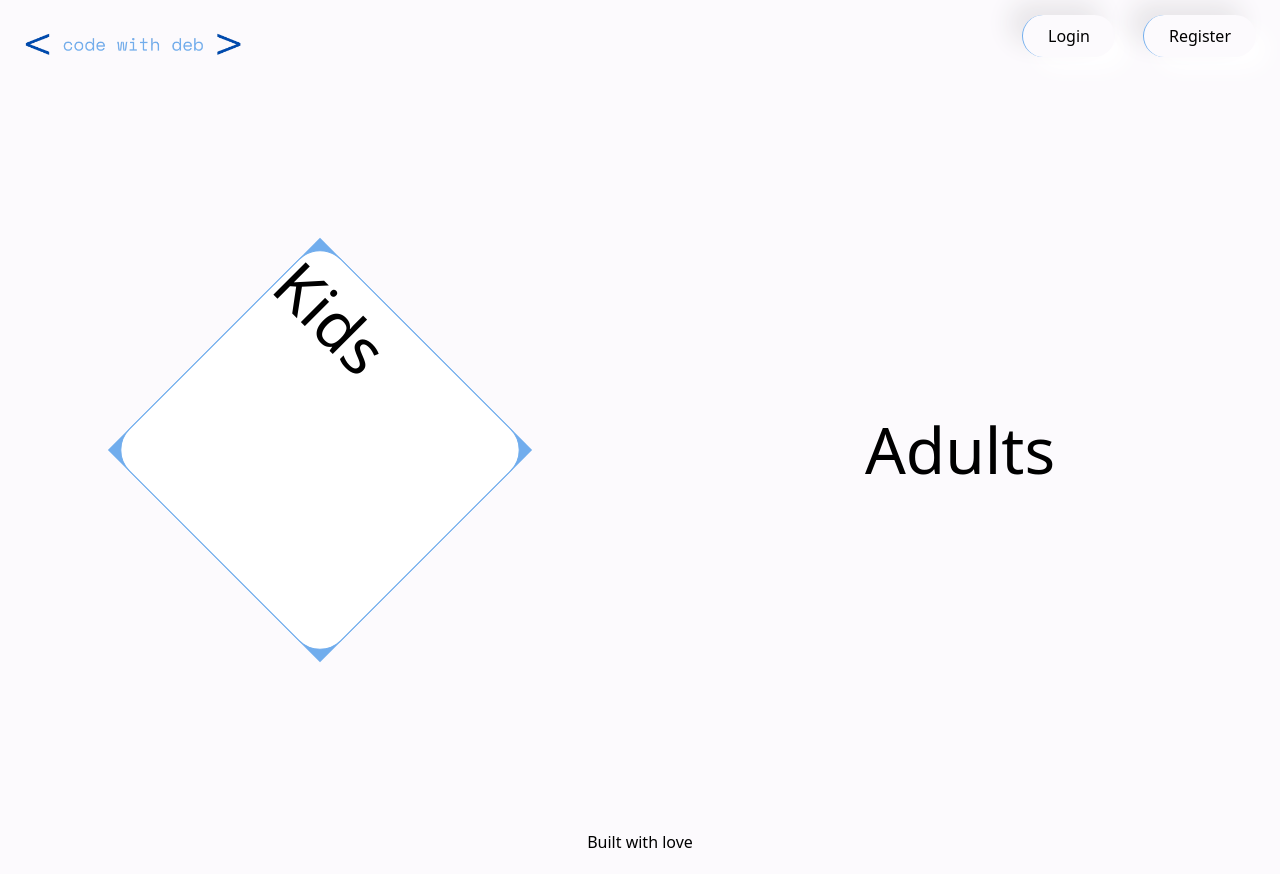
Repository: latenightsnacc/codewithdeb
Page: index.html
The author's editor kept a copy of each file at every save. The page is drawn from the files as they stood at one save, then again after the next save.
The browser window is 1280 px wide. The pictures show the whole page.
The style sheet was rebuilt from its Sass, Less or Tailwind sources for each picture, by a compiler version that may differ from the author's.

Above is the page before, as saved 2020-11-25 16:58:50.

### index.html
<!DOCTYPE html>
<html lang="en">
<head>
    <meta charset="UTF-8">
    <meta name="viewport" content="width=device-width, initial-scale=1.0">
    <!--Tailwind CDN-->
    <link rel="stylesheet" href="https://cdnjs.cloudflare.com/ajax/libs/tailwindcss/1.9.6/base.min.css" integrity="sha512-hEjkvMSM0ql6VJcNK0gTmjt9ar8F2yHeBUbJKtyvQhkkbGMhiJ4+MaiB8XxsthLAHJx5vy2I9dN0un8HiWG2LA==" crossorigin="anonymous" />
    <link rel="stylesheet" href="https://cdnjs.cloudflare.com/ajax/libs/tailwindcss/1.9.6/components.min.css" integrity="sha512-TizAONqhvXjEfRPhptSUkZNVU497PzAnXNGNUoeOjeni4dHpJ+ak+ZsyoGna20LH/yg1PvdufN1VbnVQeVDftg==" crossorigin="anonymous" />
    <link rel="stylesheet" href="https://cdnjs.cloudflare.com/ajax/libs/tailwindcss/1.9.6/tailwind.css" integrity="sha512-HY1FOTeAX9idUBWDhVDrBg8QUHBisKVQ4BCVj1jFo5z76mk87w4Rr5YGP8nBkcGmoMzqYvdeXHMOg/olF45z3g==" crossorigin="anonymous" />
    <link rel="stylesheet" href="https://cdnjs.cloudflare.com/ajax/libs/tailwindcss/1.9.6/utilities.min.css" integrity="sha512-0QJfuLKyYJWGB5hKArJW67xqMLDlR8YaLM/ZuW2mRn4NRwHNsGm7UuREc5Fu7jONHyewPKnGODY0N8G+FQbfxg==" crossorigin="anonymous" />
    <link rel="stylesheet" href="styling/stylesheet.css">
    <title>Welcome to Code with Deb</title>
</head>
<body class="overflow-x-hidden light-bg">
    <!--Header-->
    <nav class="container">
        <div class="nav  w-full flex flex-row justify-between p-5">
            <!--Logo-->
            <a href="index.html" class="logo">
                <img src="assets/logo/codewithdebSm.png" alt="code with deb logo">
            </a>
            <ul class="menu flex flex-row">
                <li class="nav-item m-1">
                    <a href="login.html" class="nav-link">Login</a>
                </li>
                <li class="nav-item m-1">
                    <a href="login.html" class="nav-link">Register</a>
                </li>
            </ul>
        </div>
    </nav>
    <!--End of Header-->

     <!--Content-->
    <main class="wrapper">
        <div class="container ">
            <div class="flex flex-row w-screen">
                <div class="w-1/2 h-screen flex items-center justify-center">
                    <div class="box">
                        <div class="door-shadow"></div>
                        <div class="door">
                            <h1 class="text-6xl">Kids</h1>
                        </div>
                    </div>
                </div>
                <div class="w-1/2 h-screen flex items-center justify-center">
                    <h1 class="text-6xl">Adults</h1>
                </div>
            </div>
        </div>
    </main>
    <!--End of content-->

    <footer class="footer">
        <div class="container">
            <p class="text-center p-5">Built with love</p>
        </div>
    </footer>

    <!--Bootstrap Scripts-->
    <script src="https://code.jquery.com/jquery-3.5.1.slim.min.js" integrity="sha384-DfXdz2htPH0lsSSs5nCTpuj/zy4C+OGpamoFVy38MVBnE+IbbVYUew+OrCXaRkfj" crossorigin="anonymous"></script>
    <script src="https://cdn.jsdelivr.net/npm/popper.js@1.16.1/dist/umd/popper.min.js" integrity="sha384-9/reFTGAW83EW2RDu2S0VKaIzap3H66lZH81PoYlFhbGU+6BZp6G7niu735Sk7lN" crossorigin="anonymous"></script>
    <script src="https://cdn.jsdelivr.net/npm/bootstrap@4.5.3/dist/js/bootstrap.min.js" integrity="sha384-w1Q4orYjBQndcko6MimVbzY0tgp4pWB4lZ7lr30WKz0vr/aWKhXdBNmNb5D92v7s" crossorigin="anonymous"></script>
</body>
</html>

### styling/stylesheet.scss
@import 'variables';

.light-bg {
    background-color: $light;
}
.dark-bg {
    background-color: $dark;
}
.nav-link {
    padding: 10px 25px;
    box-shadow: $bsIn;
    margin-left: 20px;
    border-radius: 30px;
    border-left: 1px $blue solid;

    &:hover {
        transition-property: all;
        transform-style: preserve-3d;
        transition-duration: 500ms;
        border: 1px $blue solid;
    }
}
.logo {
    img {
        max-height: 50px;
    }
}
.box {
    position: relative;
}
.door, .door-shadow {
    width: 300px;
    height: 300px;
}
.door-shadow {
    background-color: $blue;
    position: absolute;
    z-index: -10;
    transform: rotate(45deg);
}
.door {
    border: 1px solid $blue;
    border-radius: 30px;
    background-color: white;
    transform: rotate(45deg);
    z-index: 10;
    &:hover {
        box-shadow: $bSoftB;
        transform: translateX(30px);
    }
}

### styling/_variables.scss
$light: #fcfafd;
$dark: #000000;
$bsIn: -13px -13px 25px #e8e6e9,
13px 13px 25px #ffffff;
$bsOut: -13px -13px 25px #d6d5d7,
13px 13px 25px #ffffff;
$bSoftB: -13px -13px 25px #e8e6e9,
13px 13px 25px #71aded6e;
$blue: #71aded;
$blue2: #0263e4;

After the next save:
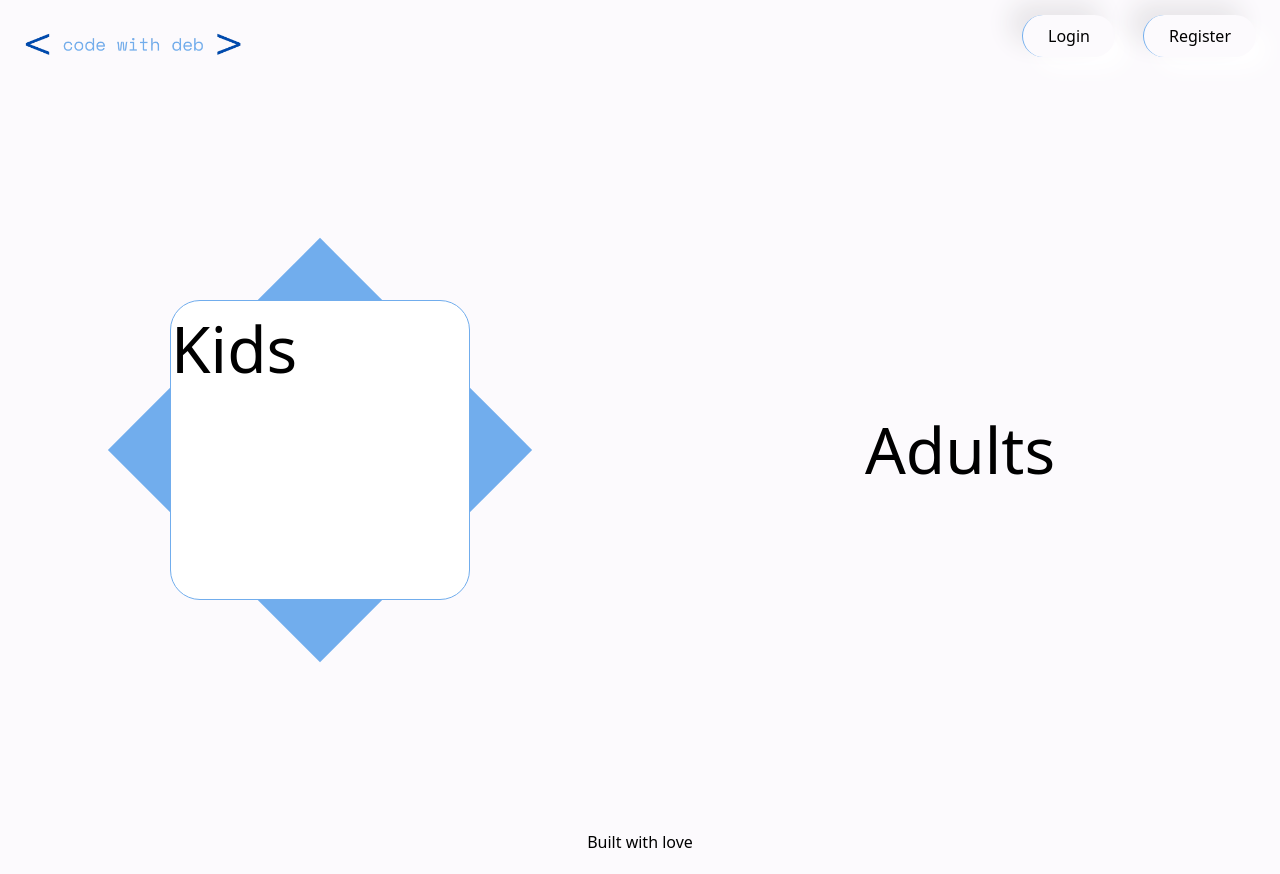
Saved 11 s later.
--- a/styling/stylesheet.scss
+++ b/styling/stylesheet.scss
@@ -42,7 +42,6 @@
     border: 1px solid $blue;
     border-radius: 30px;
     background-color: white;
-    transform: rotate(45deg);
     z-index: 10;
     &:hover {
         box-shadow: $bSoftB;
